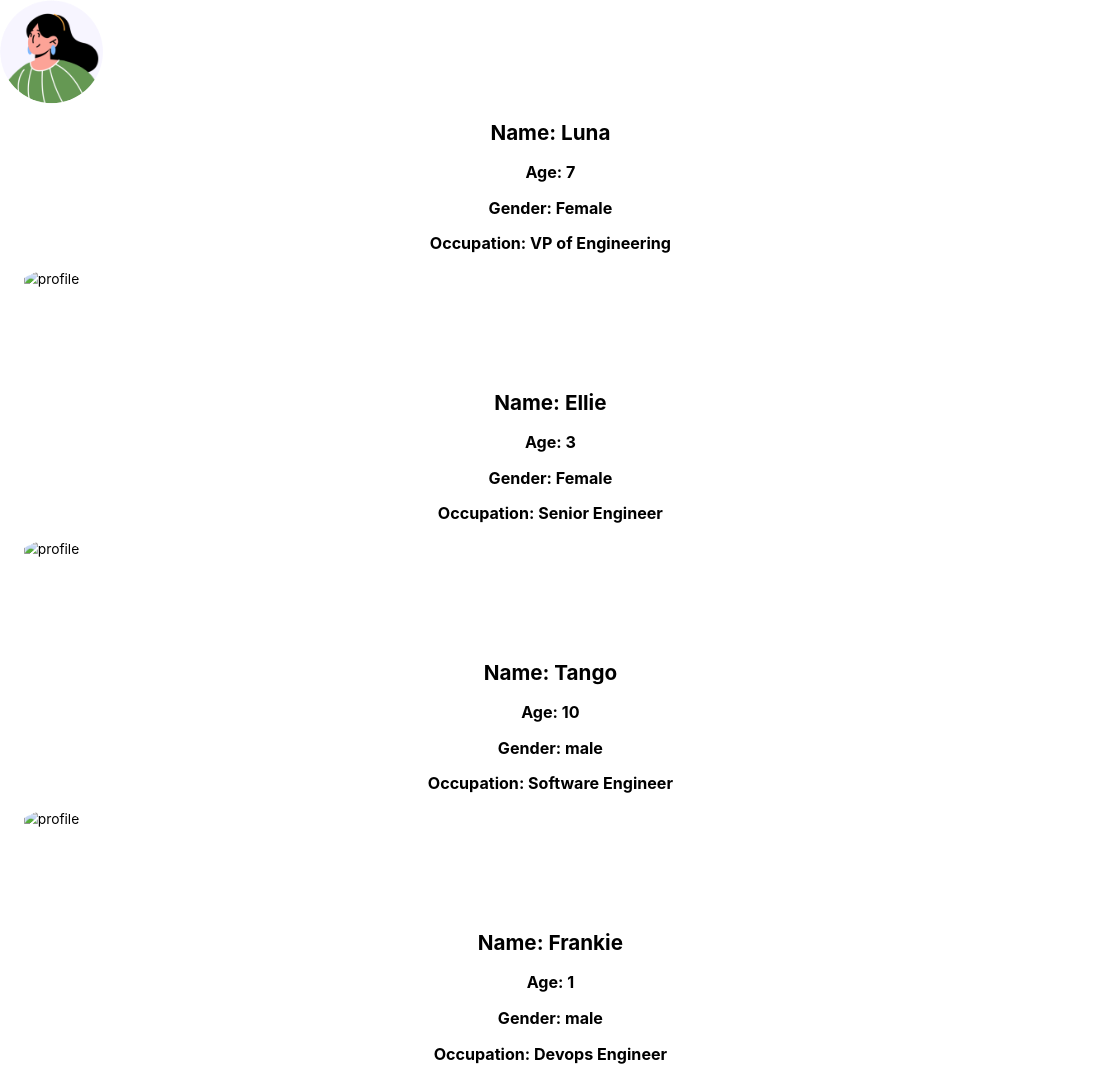
Repository: mahsa199170/React-Props-projects
Page: / (app in profile-app/)
The author's editor kept a copy of each file at every save. The page is drawn from the files as they stood at one save, then again after the next save.
The browser window is 1280 px wide. The pictures show the whole page, at 86% of full size.
The project was rebuilt for these pictures with package versions that can differ from the ones it lists, and the page was loaded fresh each time.

Above is the page before, as saved 2024-11-18 15:38:21.

### profile-app/src/App.js
import './App.css';
import Profile from './components/profile/Profile';
import { people } from './personalInfo';

function App() {
  const personInfo = people.map((p) => {
    return <h1>{p.name}</h1>;
  });

  return (
    <div className="App">
      {people.map((person) => {
        const { id, name, age, gender, occupation, image } = person;
        return (
          <div key={id}>
            <Profile
              name={name}
              age={age}
              occupation={occupation}
              gender={gender}
              image={image}
            />
          </div>
        );
      })}
    </div>
  );
}

export default App;

### profile-app/src/components/profile/Profile.js
import React from 'react';
import Card from '../card/Card';
import './Profile.scss';

const Profile = ({ id, name, age, gender, occupation, image }) => {
  return (
    <Card>
      <div className="profile-image">
        <img src={image} alt="profile" />
      </div>
      <div className="profil-info">
        <h2>Name: {name}</h2>
        <h3>Age: {age}</h3>
        <h3>Gender: {gender}</h3>
        <h3>Occupation: {occupation}</h3>
      </div>
    </Card>
  );
};

export default Profile;

### profile-app/src/personalInfo.js
import image1 from './components/images/100.png';
import image2 from './components/images/54.png';
import image3 from './components/images/73.png';
import image4 from './components/images/94.png';
export const people = [
  {
    id: 1,
    name: 'Luna',
    age: 7,
    gender: 'Female',
    occupation: 'VP of Engineering',
    image: image1,
  },
  {
    id: 2,
    name: 'Ellie',
    age: 3,
    gender: 'Female',
    occupation: 'Senior Engineer',
  },
  {
    id: 3,
    name: 'Tango',
    age: 10,
    gender: 'male',
    occupation: 'Software Engineer',
  },
  {
    id: 4,
    name: 'Frankie',
    age: 1,
    gender: 'male',
    occupation: 'Devops Engineer',
  },
];

### profile-app/src/components/card/Card.js
import React from 'react';

const Card = ({ children }) => {
  return <div className="card">{children}</div>;
};

export default Card;

### profile-app/src/components/profile/Profile.scss
.profile-image {
  width: 120px;
  height: 120px;
  border-radius: 50%;
  overflow: hidden;
  margin-bottom: 20px;

  img {
    width: 100%;
    height: 100%;
    object-fit: cover;
  }
}

.profile-info {
  text-align: center;

  h2 {
    font-size: 24px;
    font-weight: bold;
    margin-bottom: 10px;
    color: #333;
  }

  p {
    font-size: 16px;
    margin: 5px 0;
    color: #666;
  }
}

Loaded but not shown: profile-app/public/index.html (common file); profile-app/src/index.js (common file); profile-app/src/index.css (common file); profile-app/src/App.css (common file)

After the next save:
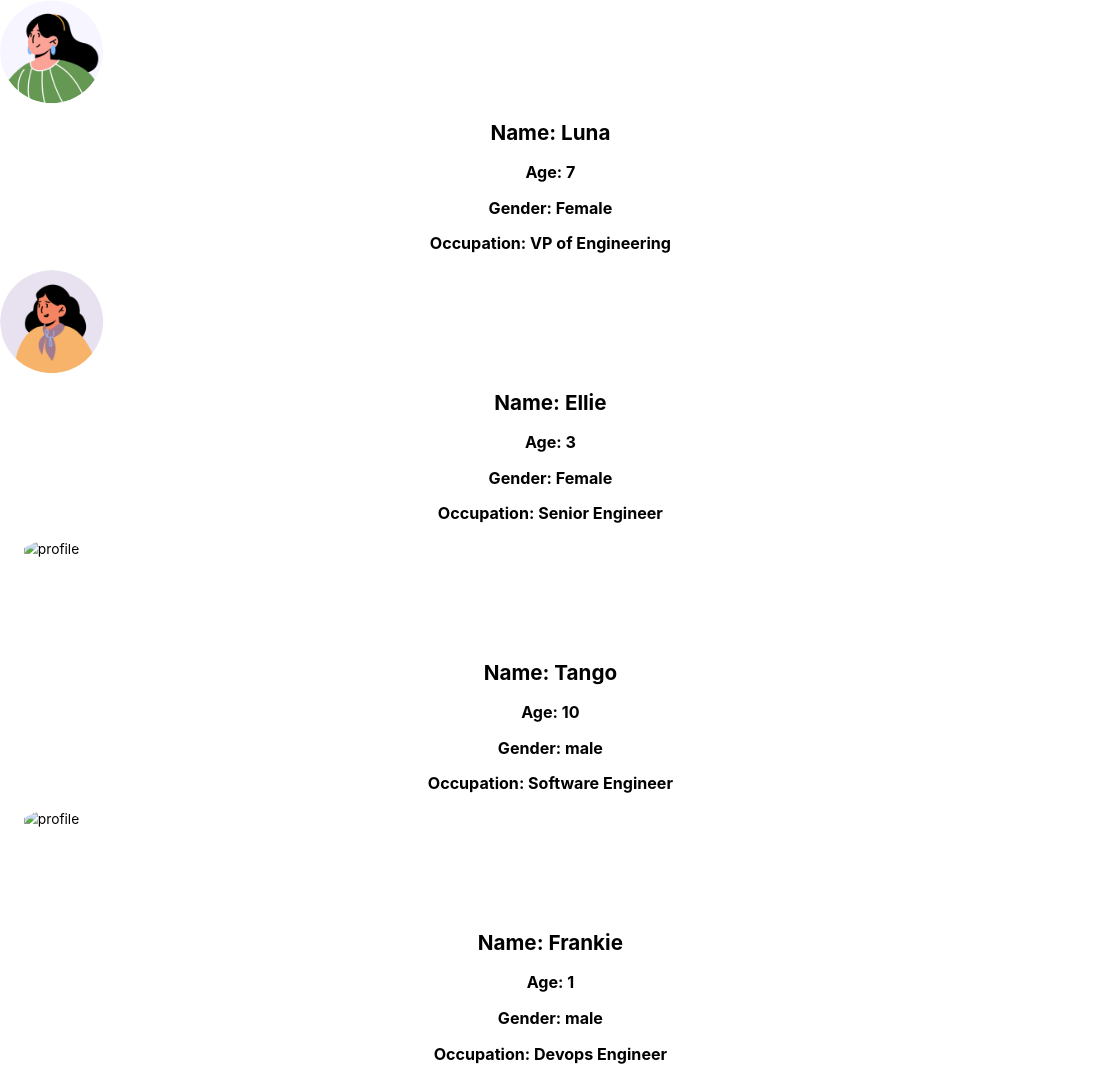
Saved 7 s later.
--- a/profile-app/src/personalInfo.js
+++ b/profile-app/src/personalInfo.js
@@ -17,6 +17,7 @@ export const people = [
     age: 3,
     gender: 'Female',
     occupation: 'Senior Engineer',
+    image: image2,
   },
   {
     id: 3,
